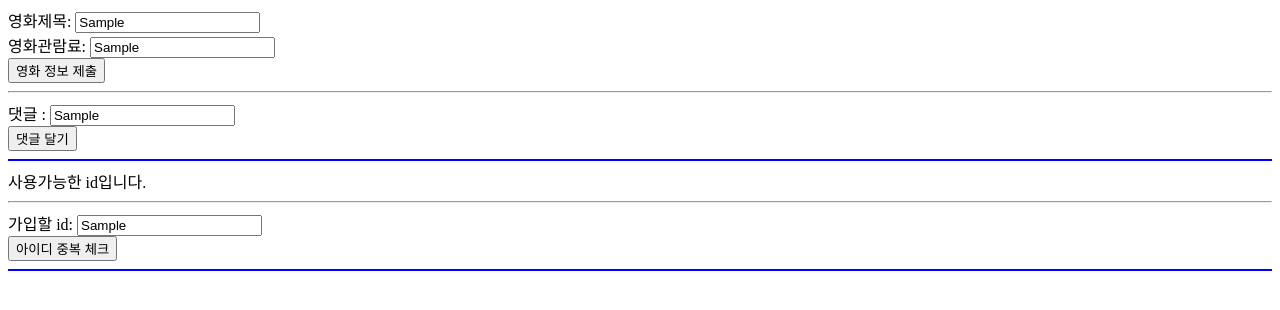
Repository: syshin0116/Himedia
Page: http://localhost/spring05/ajax4.jsp
The author's editor kept a copy of each file at every save. The page is drawn from the files as they stood at one save, then again after the next save.
The browser window is 1280 px wide. The pictures show the whole page.
Empty fields were first filled with sample values (such as "Sample", 5 or name@example.com).
After loading, the first visible `#b2` was clicked once.
The page is served by Tomcat 9. Other server files are loaded and not shown.

Above is the page before, as saved 2022-02-18 04:17:24.

### Java/-0218-master/spring05/src/main/webapp/ajax4.jsp
<%@ page language="java" contentType="text/html; charset=UTF-8"
    pageEncoding="UTF-8"%>
<!DOCTYPE html>
<html>
<head>
<meta charset="UTF-8">
<title>Insert title here</title>
<script type="text/javascript" src="resources/js/jquery-3.6.0.min.js"></script>
<script type="text/javascript">
$(function() { //dom(document object model) tree)
	//body dom tree로 ram에 읽어들인 후,
	//function을 실행하라. 익명함수
	//var a = 100
	//let a = 100
	//table-tr-td
	//   body -- 주소 :  table : 주소-- tr
	$('#b1').click(function() {
		//JSON(JavaScript Object Notaion, 제이슨 {}를 사용)
		$.ajax({
			url: "movie",
			data: {
				title : $('#title').val(),
				price : $('#price').val()
			},
			success: function(result) {
				alert(result)
				$('#d2').html(result)
			},
			error: function() {
				alert('ajax 실패.@@')
			}
		})//ajax
	})//b1
	$('#b2').click(function() {
		$.ajax({
			url: "user",
			data: {
				user : $('#user').val()
			},
			success: function(result) {
				alert(result)
				$('#d1').append(result)
			},
			error: function() {
				alert('ajax 실패.@@')
			}
		})//ajax
	})//b3
	$('#b3').click(function() {
		$.ajax({
			url: "reply",
			data: {
				user : $('#reply').val()
			},
			success: function(result) {
				alert(result)
				$('#d2').html(result)
			},
			error: function() {
				alert('ajax 실패.@@')
			}
		})//ajax
	})//b3
})//$
</script>
</head>
<body>
	영화제목: <input type="text" name="title" id="title"><br>
	영화관람료: <input type="text" name="price" id="price"><br>
	<button id="b1">영화 정보 제출</button>
<hr>
	댓글 : <input type="text" name="reply" id="reply"><br>
	<button id="b2">댓글 달기</button>
<hr color="blue">
<div id="d1"></div>
<hr>
	가입할 id: <input type="text" name="user" id="user"><br>
	<button id="b3">아이디 중복 체크</button>
<hr color="blue">
<div id="d2"></div>
</body>
</html>

### Java/-0218-master/spring05/src/main/webapp/WEB-INF/views/user.jsp
<%@ page language="java" contentType="text/html; charset=EUC-KR"
    pageEncoding="UTF-8"%>${result}

### Java/-0218-master/spring05/src/main/webapp/WEB-INF/views/reply.jsp
<%@ page language="java" contentType="text/html; charset=EUC-KR"
    pageEncoding="UTF-8"%>${result}

Loaded but not shown: Java/-0218-master/spring05/src/main/webapp/resources/js/jquery-3.6.0.min.js (library)

After the next save:
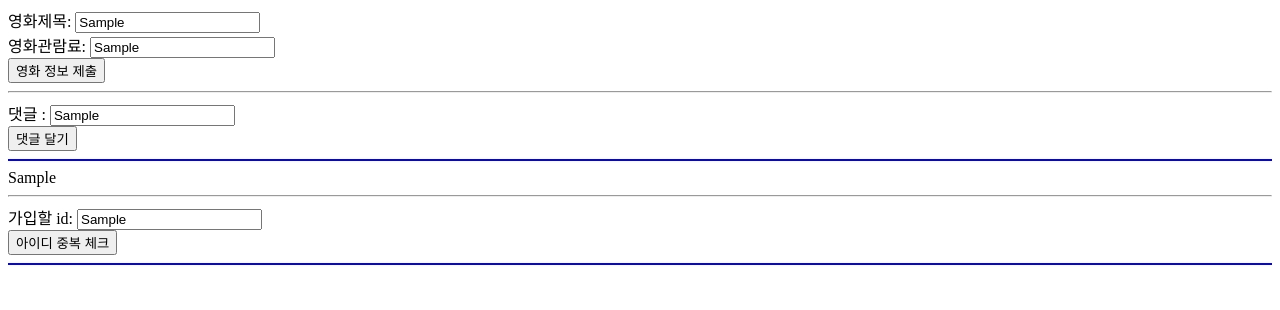
Saved 40 s later.
--- a/Java/-0218-master/spring05/src/main/webapp/ajax4.jsp
+++ b/Java/-0218-master/spring05/src/main/webapp/ajax4.jsp
@@ -33,9 +33,9 @@ $(function() { //dom(document object model) tree)
 	})//b1
 	$('#b2').click(function() {
 		$.ajax({
-			url: "user",
+			url: "reply",
 			data: {
-				user : $('#user').val()
+				reply : $('#reply').val()
 			},
 			success: function(result) {
 				alert(result)
